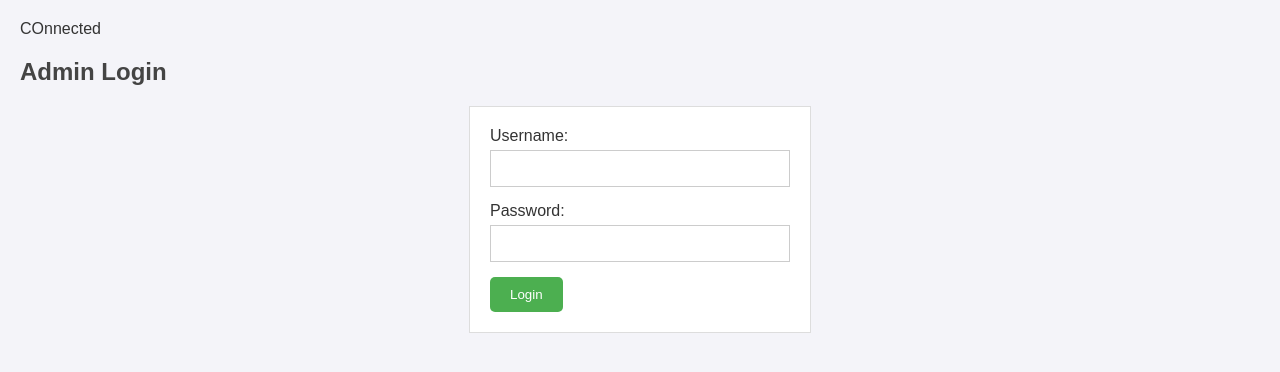
Repository: GauraVPandeyyy/Final-Neuro-dentica
Page: http://localhost/login.php
An editor plug-in stored every save of this project. The page is shown before and after the next save, followed by the edit.
The browser window is 1280 px wide. The pictures show the whole page.
The page is run by PHP 8.4 with error messages shown; the project is at /var/www/html/.

Above is the page before, as saved 2024-11-10 07:57:09.

### admin/login.php
<?php
    require("Connection.php");
?>
<!DOCTYPE html>
<html lang="en">
<head>
    <meta charset="UTF-8">
    <title>Admin Login</title>
    <link rel="stylesheet" href="style.css">
</head>
<body>
    <h2>Admin Login</h2>
    <form action="authenticate.php" method="POST">
        <label for="username">Username:</label>
        <input type="text" name="username" id="username" required>

        <label for="password">Password:</label>
        <input type="password" name="password" id="password" required>

        <button type="submit">Login</button>
    </form>
</body>
</html>

### admin/Connection.php
<?php
mysqli_connect("localhost" ,"root", "","mkappointmentdb");
if(mysqli_connect_error()){
    echo "Can not Connect";
}
else {
    echo "COnnected";
}

?>

### admin/style.css
body {
    font-family: Arial, sans-serif;
    background-color: #f4f4f9;
    color: #333;
    margin: 0;
    padding: 20px;
}

h1, h2 {
    color: #444;
}

table {
    width: 100%;
    border-collapse: collapse;
    margin: 20px 0;
}

table, th, td {
    border: 1px solid #ddd;
    padding: 8px;
}

th {
    background-color: #4CAF50;
    color: white;
}

tr:nth-child(even) {
    background-color: #f2f2f2;
}

tr:hover {
    background-color: #ddd;
}

button {
    padding: 10px 20px;
    background-color: #4CAF50;
    color: white;
    border: none;
    cursor: pointer;
    border-radius: 5px;
}

button:hover {
    background-color: #45a049;
}

form {
    max-width: 300px;
    margin: auto;
    padding: 20px;
    border: 1px solid #ddd;
    background-color: #fff;
}

input[type="text"], input[type="password"] {
    width: 100%;
    padding: 10px;
    margin: 5px 0 15px 0;
    display: inline-block;
    border: 1px solid #ccc;
    box-sizing: border-box;
}

After the next save:
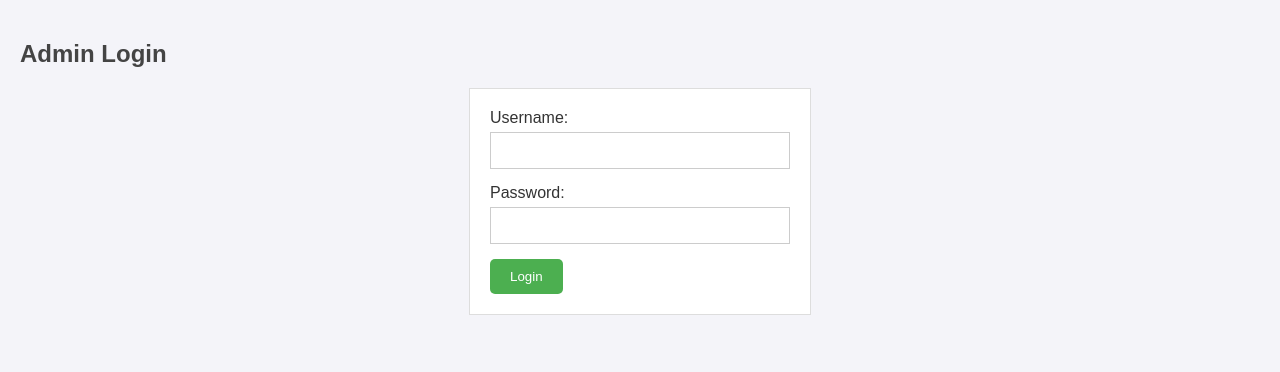
Saved 46 s later.
--- a/admin/Connection.php
+++ b/admin/Connection.php
@@ -3,8 +3,5 @@ mysqli_connect("localhost" ,"root", "","mkappointmentdb");
 if(mysqli_connect_error()){
     echo "Can not Connect";
 }
-else {
-    echo "COnnected";
-}
 
 ?>
